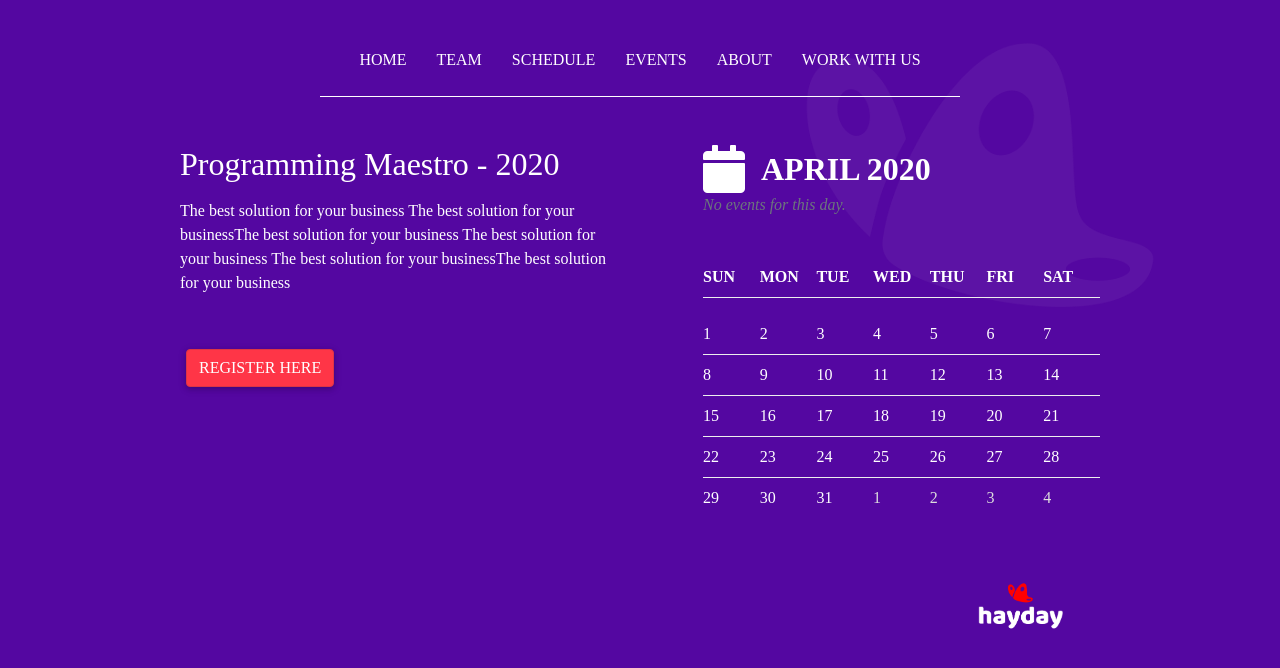
Repository: im1971/company-web
Page: event.html
An editor plug-in stored every save of this project. The page is shown before and after the next save, followed by the edit.
The browser window is 1280 px wide. The pictures show the whole page.
Some web fonts or font styles are not loaded; a fallback is used.

Above is the page before, as saved 2020-01-28 14:47:27.

### event.html
<!DOCTYPE html>
<html>

<head>
    <meta charset="utf-8">
    <meta name="viewport" content="width=device-width, initial-scale=1">
    <title>hayday</title>
    <link rel="shortcut icon" type="img/x-icon" href="img/fav.png" />
    <link rel="stylesheet" href="css/mdb.min.css">
    <link rel="stylesheet" href="css/bootstrap.min.css">
    <link rel="stylesheet" href="css/fontawesome.min.css">
    <link rel="stylesheet" href="css/all.min.css">
    <link rel="stylesheet" href="css/style.css">
    <!-- fonts -->
    <link href="https://fonts.googleapis.com/css?family=Baloo+Bhai&display=swap" rel="stylesheet">
    <!-- fonts -->

</head>

<body>

    <div class="wrap_hayday">
        <div class="back_img"></div>
        <div class="container-fluid">
            <div class="row justify-content-center pb-5">
                <div class="col-md-12">
                    <nav class="navbar navbar-expand-lg">
                        <button class="navbar-toggler" type="button" data-toggle="collapse" data-target="#navbarSupportedContent" aria-controls="navbarSupportedContent" aria-expanded="false" aria-label="Toggle navigation">
                            <i class="fas fa-bars"></i>
                        </button>

                        <div class="collapse navbar-collapse" id="navbarSupportedContent">

                            <ul class="navbar-nav m-auto text-uppercase">
                                <li class="nav-item active">
                                    <a class="nav-link" href="index.html">Home</a>
                                </li>
                                <li class="nav-item">
                                    <a class="nav-link" href="team.html">Team</a>
                                </li>
                                <li class="nav-item">
                                    <a class="nav-link" href="#">SCHEDULE</a>
                                </li>
                                <li class="nav-item">
                                    <a class="nav-link" href="#">Events</a>
                                </li>
                                <li class="nav-item">
                                    <a class="nav-link" href="about.html">About</a>
                                </li>
                                <li class="nav-item">
                                    <a class="nav-link" href="workWithUs.html">Work With us</a>
                                </li>
                            </ul>
                        </div>
                    </nav>
                </div>
                <div class="col-md-6 border_deco pt-3"></div>
            </div>
            <div class="container">
                <div class="event_wrap">
                    <div class="row justify-content-center">

                        <div class="col-md-5">
                            <h2 class="title mb-3">Programming Maestro - 2020</h2>
                            <p class="subtitle mb-5">
                                The best solution for your business The best solution for your businessThe best solution for your business The best solution for your business The best solution for your businessThe best solution for your business
                            </p>
                            <button class="btn btn-danger">Register Here</button>
                        </div>
                        <div class="col-md-5">
                            <!-- <div class="container py-5"> -->
                            <!-- Calendar -->
                            <div class="calendar pl-5">
                                <div class="d-flex align-items-center"><i class="fa fa-calendar fa-3x mr-3"></i>
                                    <h2 class="month font-weight-bold mb-0 text-uppercase">April 2020</h2>
                                </div>
                                <p class="font-italic text-muted mb-5">No events for this day.</p>
                                <ol class="day-names list-unstyled">
                                    <li class="font-weight-bold text-uppercase">Sun</li>
                                    <li class="font-weight-bold text-uppercase">Mon</li>
                                    <li class="font-weight-bold text-uppercase">Tue</li>
                                    <li class="font-weight-bold text-uppercase">Wed</li>
                                    <li class="font-weight-bold text-uppercase">Thu</li>
                                    <li class="font-weight-bold text-uppercase">Fri</li>
                                    <li class="font-weight-bold text-uppercase">Sat</li>
                                </ol>

                                <ol class="days list-unstyled">
                                    <li>
                                        <div class="date">1</div>
                                        <!-- <div class="event bg-success">Event with Long Name</div> -->
                                    </li>
                                    <li>
                                        <div class="date">2</div>
                                    </li>
                                    <li>
                                        <div class="date">3</div>
                                    </li>
                                    <li>
                                        <div class="date">4</div>
                                    </li>
                                    <li>
                                        <div class="date">5</div>
                                    </li>
                                    <li>
                                        <div class="date">6</div>
                                    </li>
                                    <li>
                                        <div class="date">7</div>
                                    </li>
                                    <li>
                                        <div class="date">8</div>
                                    </li>
                                    <li>
                                        <div class="date">9</div>
                                    </li>
                                    <li>
                                        <div class="date">10</div>
                                    </li>
                                    <li>
                                        <div class="date">11</div>
                                    </li>
                                    <li>
                                        <div class="date">12</div>
                                    </li>
                                    <li>
                                        <div class="date">13</div>
                                        <!-- <div class="event all-day begin span-2 bg-warning">Event Name</div> -->
                                    </li>
                                    <li>
                                        <div class="date">14</div>
                                    </li>
                                    <li>
                                        <div class="date">15</div>
                                        <!-- <div class="event all-day end bg-success">Event Name</div> -->
                                    </li>
                                    <li>
                                        <div class="date">16</div>
                                    </li>
                                    <li>
                                        <div class="date">17</div>
                                    </li>
                                    <li>
                                        <div class="date">18</div>
                                    </li>
                                    <li>
                                        <div class="date">19</div>
                                    </li>
                                    <li>
                                        <div class="date">20</div>
                                    </li>
                                    <li>
                                        <div class="date">21</div>
                                        <!-- <div class="event bg-primary">Event Name</div> -->
                                        <!-- <div class="event bg-success">Event Name</div> -->
                                    </li>
                                    <li>
                                        <div class="date">22</div>
                                        <!-- <div class="event bg-info">Event with Longer Name</div> -->
                                    </li>
                                    <li>
                                        <div class="date">23</div>
                                    </li>
                                    <li>
                                        <div class="date">24</div>
                                    </li>
                                    <li>
                                        <div class="date">25</div>
                                    </li>
                                    <li>
                                        <div class="date">26</div>
                                    </li>
                                    <li>
                                        <div class="date">27</div>
                                    </li>
                                    <li>
                                        <div class="date">28</div>
                                    </li>
                                    <li>
                                        <div class="date">29</div>
                                    </li>
                                    <li>
                                        <div class="date">30</div>
                                    </li>
                                    <li>
                                        <div class="date">31</div>
                                    </li>
                                    <li class="outside">
                                        <div class="date">1</div>
                                    </li>
                                    <li class="outside">
                                        <div class="date">2</div>
                                    </li>
                                    <li class="outside">
                                        <div class="date">3</div>
                                    </li>
                                    <li class="outside">
                                        <div class="date">4</div>
                                    </li>
                                </ol>
                            </div>
                            <!-- </div> -->
                            <!-- </div> -->
                        </div>
                    </div>
                </div>
                <div class="row justify-content-end my-5">
                    <div class="col-md-4 m-autp">
                        <div class="middle_body">
                            <div class="logo">
                                <img src="img/logo.png" alt="" style="height: 50px">
                            </div>
                            <!-- <p>Read about our Inspiration</p> -->
                        </div>
                    </div>
                </div>
            </div>
        </div>
    </div>



    <!-- <script src="https://code.jquery.com/jquery-3.4.1.slim.min.js" integrity="sha384-J6qa4849blE2+poT4WnyKhv5vZF5SrPo0iEjwBvKU7imGFAV0wwj1yYfoRSJoZ+n" crossorigin="anonymous"></script>
    <script src="https://cdn.jsdelivr.net/npm/popper.js@1.16.0/dist/umd/popper.min.js" integrity="sha384-Q6E9RHvbIyZFJoft+2mJbHaEWldlvI9IOYy5n3zV9zzTtmI3UksdQRVvoxMfooAo" crossorigin="anonymous"></script>
    <script src="https://stackpath.bootstrapcdn.com/bootstrap/4.4.1/js/bootstrap.min.js" integrity="sha384-wfSDF2E50Y2D1uUdj0O3uMBJnjuUD4Ih7YwaYd1iqfktj0Uod8GCExl3Og8ifwB6" crossorigin="anonymous"></script> -->

    <script type="text/javascript" src="js/jquery.min.js"></script>
    <!-- Bootstrap tooltips -->
    <script type="text/javascript" src="js/popper.min.js"></script>
    <!-- Bootstrap core JavaScript -->
    <script type="text/javascript" src="js/bootstrap.min.js"></script>
    <!-- MDB core JavaScript -->
    <script type="text/javascript" src="js/mdb.min.js"></script>


</body>

</html>

### css/style.css
body {
    padding: 0;
    margin: 0;
    background: #5407A1;
    color: #fff !important;
    font-family: 'Baloo Bhai', cursive;
    position: relative;
}


/* global */

html {
    overflow: scroll;
    overflow-x: hidden;
}

::-webkit-scrollbar {
    width: 0px;
    background: transparent;
}


/* Optional: show position indicator in red */

::-webkit-scrollbar-thumb {
    background: #FF0000;
}


/* global */

.back_img {
    background-image: url(../img/back.png);
    height: 350px;
    width: 600px;
    position: absolute;
    background-position: center center;
    background-size: cover;
    opacity: 5%;
    /* top: 30%; */
    right: 0;
}


/* header */

.wrap_hayday .navbar {
    box-shadow: none;
}

.wrap_hayday .container-fluid {
    min-height: 100vh;
}

.wrap_hayday nav .nav-link {
    padding-right: 15px !important;
    padding-left: 15px !important;
    color: #fff;
    font-family: 'Baloo Bhai', cursive;
}

.wrap_hayday .border_deco {
    border-bottom: .25px solid #fff;
}

.wrap_hayday nav .nav-link:hover {
    color: #FF0000;
    transition-duration: 0.5s;
}

.wrap_hayday .navbar {
    padding: 40px;
    padding-bottom: 0;
}


/* header */


/* middle body */

.wrap_hayday .middle_body_height {
    height: 50vh;
}

.wrap_hayday .middle_body {
    text-align: center;
}

.wrap_hayday .middle_body .logo img {
    height: 100px;
}

.wrap_hayday .others_page_middle {
    text-align: center;
    position: absolute;
    right: 30px;
    bottom: 0;
}

.wrap_hayday .others_page_middle img {
    height: 70px;
}


/* middle body */


/* footer-body */

.myprogress {
    min-width: 100%;
    margin: 0px auto;
    text-align: center;
}

.myprogress .circle {
    display: inline-block;
    background: #fff;
    width: 50px;
    height: 50px;
    border-radius: 80px;
    border: 1px solid #d5d5da;
    cursor: pointer;
}

.myprogress .circle:hover {
    background: #FF0000;
    color: #5407A1;
    transition-duration: 0.5s;
}

.myprogress .bar {
    position: relative;
    width: 100px;
    padding-right: 15px;
    font-family: none;
    /* height: 2px; */
    /* top: 10px; */
    /* border: 0px solid #fff; */
}

.myprogress .circle .label {
    display: inline-block;
    width: 40px;
    height: 40px;
    line-height: 30px;
    border-radius: 40px;
    font-size: 24px;
}

.myprogress .circle .title {
    color: #5407A1;
    font-size: 24px;
    line-height: 50px;
    cursor: pointer;
}

.myprogress .circle .title:hover {
    color: #fff;
}

.myprogress i {
    font-size: 11px;
}

.myprogress .abc {
    animation: pulse 1s infinite;
    color: #FF0000;
}

.myprogress .pulse {
    -webkit-animation-duration: 3s;
    -webkit-animation-delay: 2s;
    -webkit-animation-iteration-count: 5;
}


/* footer-body */


/* about hayday */

.accordion .card-header {
    padding: 0;
    background: #5407A1;
    margin-bottom: 0;
}

.accordion .card-header .btn-link {
    color: #fff;
    padding: 0;
}

.accordion .card {
    border: none;
    border-radius: 0;
}

.accordion i {
    position: absolute;
    right: 10px;
    top: 5px;
}

.accordion p {
    color: #000;
    font-family: serif;
    font-size: 15px;
}

.accordion h4 {
    color: #000;
    font-family: serif;
    font-weight: 700 !important;
    font-size: 22px;
}


/* about hayday */


/* work with us */

.outreach table.table th,
table.table td {
    padding: 3px 20px;
    color: #fff;
    border: none;
    font-family: auto;
}


/* work with us */


/* team */

.team .grid {
    padding-left: 0;
    padding-right: 0;
}

.team .team_image {
    background-image: url(../img/team/team-back.jpg);
    height: 600px;
    background-position: center center;
    background-size: cover;
}

.team .custom_hr {
    border-top: 3px solid #fff !important;
    width: 10% !important;
}

.team img {
    border-radius: 50%;
    margin: auto;
    border: 3px solid #dcdcdc;
}

.team .team_managemt img {
    height: 300px;
    width: 300px;
}

.team .team_volounteer img {
    height: 200px;
    width: 200px;
}

.team .wrap_team {
    display: flex;
    flex-direction: column;
    font-family: auto;
}


/* team */

.sponsor_footer p {
    font-family: auto;
    font-size: 14px;
}

.sponsor_footer p b {
    color: #FF0000;
}


/* events */

.event_wrap .title {
    font-family: auto;
}

.event_wrap .subtitle {
    font-family: auto;
}


/* calender */


/*
*
* ==========================================
* CUSTOM UTIL CLASSES
* ==========================================
*
*/

.clearfix::after,
.calendar ol::after {
    content: ".";
    display: block;
    height: 0;
    clear: both;
    visibility: hidden;
}


/* ================
Calendar Styling */

.calendar {
    border-radius: 10px;
}

.month {
    font-size: 2rem;
}

.calendar ol li {
    float: left;
    width: 14.28571%;
}

.calendar .day-names {
    border-bottom: 1px solid #eee;
}

.calendar .day-names li {
    text-transform: uppercase;
    margin-bottom: 0.5rem;
}

.calendar .days li {
    border-bottom: 1px solid #eee;
    /* min-height: 8rem; */
}

.calendar .days li .date {
    margin: 0.5rem 0;
}

.calendar .days li .event {
    font-size: 0.75rem;
    padding: 0.4rem;
    color: white;
    white-space: nowrap;
    overflow: hidden;
    text-overflow: ellipsis;
    border-radius: 4rem;
    margin-bottom: 1px;
}

.calendar .days li .event.span-2 {
    width: 200%;
}

.calendar .days li .event.begin {
    border-radius: 1rem 0 0 1rem;
}

.calendar .days li .event.end {
    border-radius: 0 1rem 1rem 0;
}

.calendar .days li .event.clear {
    background: none;
}

.calendar .days li:nth-child(n+29) {
    border-bottom: none;
}

.calendar .days li.outside .date {
    color: #ddd;
}


/* calender */


/* events */


/* media query */

@media (min-width: 1367px) {
    .sponsor_footer p {
        font-size: 18px;
        margin-top: 40px;
    }
    .outreach table.table th,
    table.table td,
    .accordion p,
    .myprogress .bar {
        font-size: 18px;
    }
    .outreach h4 {
        margin-top: 30px;
        margin-bottom: 20px;
    }
    .accordion .card-header .btn-link {
        font-size: 22px;
    }
    .accordion {
        margin-top: 30px;
    }
    .wrap_hayday .middle_body .logo img {
        height: 145px;
    }
    .wrap_hayday .middle_body p {
        font-size: 22px;
    }
    .wrap_hayday .step_command {
        font-family: auto;
        font-size: 22px;
    }
}

@media (max-width: 567px) {
    .wrap_hayday .navbar {
        padding: 20px 0 0;
    }
    .fa-bars {
        color: #fff;
    }
    .wrap_hayday .middle_body .logo img {
        height: 140px;
    }
    .back_img {
        height: 150px;
        width: 200px;
    }
    .wrap_hayday .middle_body_height {
        height: 35vh;
    }
    .myprogress .circle {
        display: block;
        margin: auto;
        margin-top: 20px;
    }
    .myprogress .bar {
        padding-right: 0;
        font-family: none;
        font-size: 18px;
    }
    .team .team_image {
        height: 200px;
    }
    .team .custom_hr {
        width: 50% !important;
    }
    .team .team_managemt img {
        height: 150px;
        width: 150px;
    }
    .team .team_volounteer img {
        height: 120px;
        width: 120px;
    }
    .team .card-title {
        font-size: 26px;
    }
    .team .wrap_team {
        margin-bottom: 30px;
    }
    .sponsor_footer p {
        margin-bottom: 20px !important;
    }
}

Loaded but not shown: css/mdb.min.css (library); css/bootstrap.min.css (library); css/fontawesome.min.css (library); css/all.min.css (library); js/jquery.min.js (library); js/popper.min.js (library); js/bootstrap.min.js (library); js/mdb.min.js (library)

After the next save:
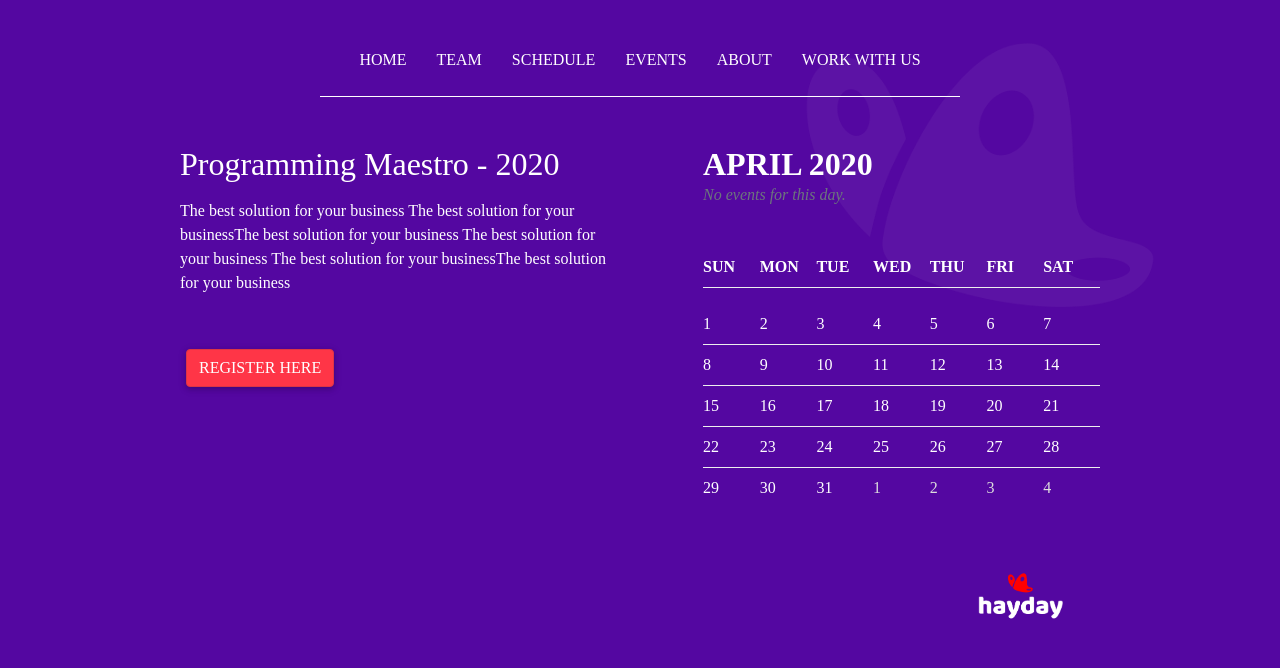
Saved 65 s later.
--- a/event.html
+++ b/event.html
@@ -71,7 +71,7 @@
                             <!-- <div class="container py-5"> -->
                             <!-- Calendar -->
                             <div class="calendar pl-5">
-                                <div class="d-flex align-items-center"><i class="fa fa-calendar fa-3x mr-3"></i>
+                                <div class="d-flex align-items-center">
                                     <h2 class="month font-weight-bold mb-0 text-uppercase">April 2020</h2>
                                 </div>
                                 <p class="font-italic text-muted mb-5">No events for this day.</p>
